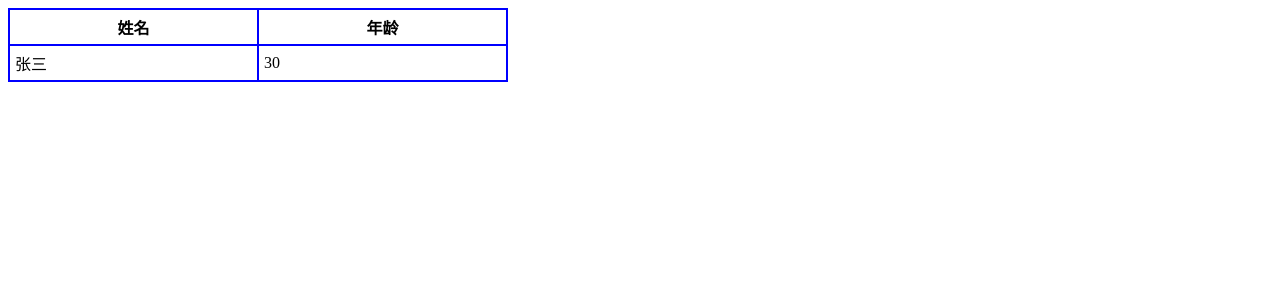
Repository: tangchengjingwen/javaLearningCode
Page: javaLearningCode/day29_html/table.html
An editor plug-in stored every save of this project. The page is shown before and after the next save, followed by the edit.
The browser window is 1280 px wide. The pictures show the whole page.

Above is the page before, as saved 2012-05-13 06:28:56.

### javaLearningCode/day29_html/table.html
<!DOCTYPE HTML PUBLIC "-//W3C//DTD HTML 4.01//EN" "http://www.w3.org/TR/html4/strict.dtd">
<html>
	<head>
		<meta http-equiv="Content-Type" content="text/html; charset=GBK">
		<title>Untitled Document</title>
	</head>
	<body>

		<table border="1" bordercolor="blue" cellpadding="5" cellspacing="0" width="500" >
			<tr>
				<th>姓名</th>
				<th>年龄</th>
			</tr>
			<tr>
				<td>张三</td>
				<td>30</td>
			</tr>
		</table>



	</body>
</html>

After the next save:
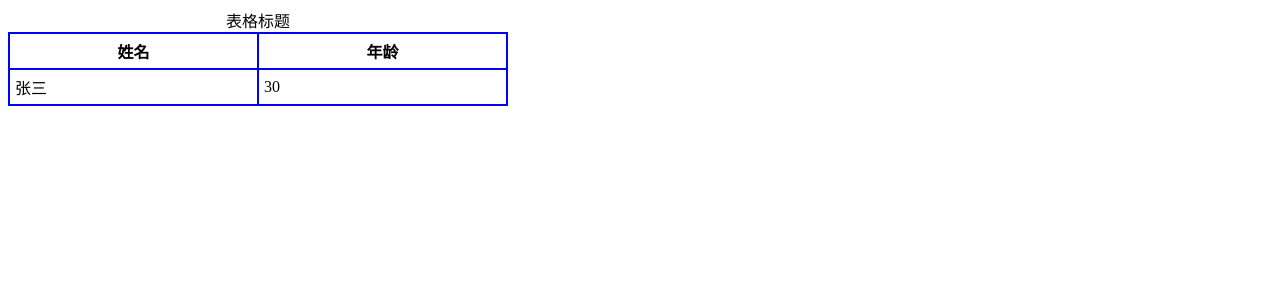
Saved 50 s later.
--- a/javaLearningCode/day29_html/table.html
+++ b/javaLearningCode/day29_html/table.html
@@ -7,6 +7,7 @@
 	<body>
 
 		<table border="1" bordercolor="blue" cellpadding="5" cellspacing="0" width="500" >
+			<caption>表格标题</caption>
 			<tr>
 				<th>姓名</th>
 				<th>年龄</th>
